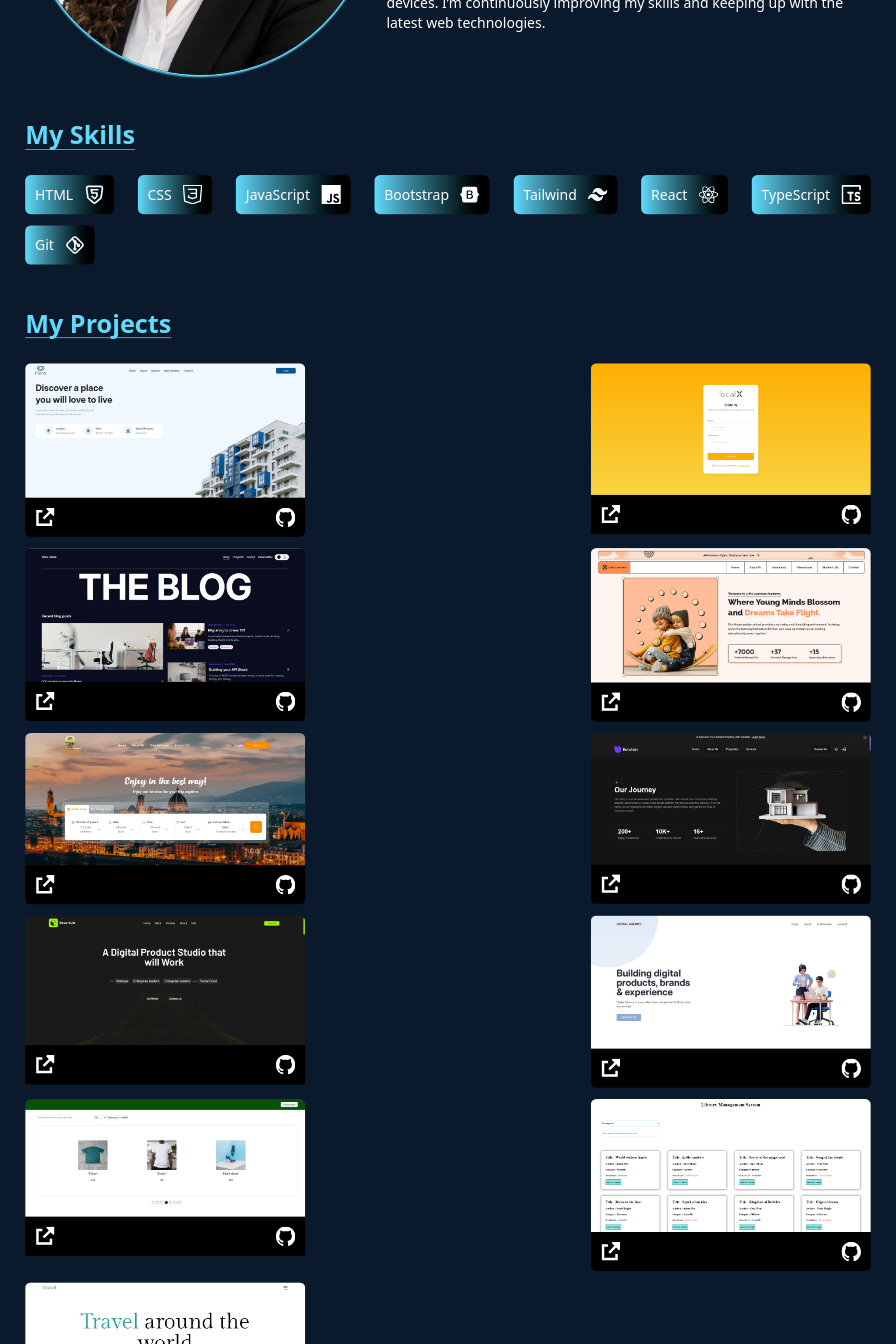
Repository: RawanBarakat-hub/portfolio
Page: /
An editor plug-in stored every save of this project. The page is shown before and after a run of saves, followed by the edit.
The browser window is 1280 px wide. The pictures show the part of the page from y = 1220 to 3140 px (the page is 3771 px tall before and 5352 px after), at 70% of full size.
The project was rebuilt for these pictures with package versions that can differ from the ones it lists, and the page was loaded fresh each time. Also part of the build but not shown: vite.config.ts.

Above is the page before, as saved 2026-02-22 22:43:52.

### index.html
<!doctype html>
<html lang="en">
  <head>
    <meta charset="UTF-8" />
    <link rel="icon" type="image/svg+xml" href="/assets/images/photos/logo.png" />
    <meta name="viewport" content="width=device-width, initial-scale=1.0" />
    <title>Rawan's portfolio</title>
  </head>
  <body>
    <div id="root"></div>
    <script type="module" src="/src/main.tsx"></script>
  </body>
</html>

### src/index.css
@import "tailwindcss";
@theme{
    --color-primary-color: #61DAFB;
    --color-background-color: #0b192c;
    --color-hover-color: #1eb9e4;
}

### src/App.tsx
import Footer from "./components/Footer"
import Hero from "./components/Hero"
import Main from "./components/Main"
import NavBar from "./components/NavBar"
import { nav_links } from "./data/data"
import "./index.css"
function App() {

  return (
    <div className="bg-background-color px-9">
      <NavBar logo={{source:"/assets/images/photos/logo.png",alternative:"Logo"}}
      nav_links={nav_links}
      bar_icon={{source:"/assets/images/icons/bars.svg",alternative:"bars"}}
      cancel_icon={{source:"/assets/images/icons/cancel.svg",alternative:"bars"}}
      />
      <Hero/>
      <Main/>
      <Footer/>
    </div>
  )
}

export default App

### src/components/Footer.tsx
import { social_media } from "../data/data"
import Container from "./Container"
import Icon from "./Icon"

const Footer = () => {
    return (
        <footer className="py-15 lg:py-8">
            <Container>
                {
                    social_media.map((item,index)=>{
                        return <Icon key={index} url={item.url} image={item.image}/>
                    })
                }
            </Container>
        </footer>
    )
}

export default Footer

### src/components/Hero.tsx
import Image from "./Image"
import LinkBtn from "./LinkBtn"
import WelcomeText from "./WelcomeText"

const Hero = () => {
    return (
        <div className="h-screen pt-35 lg:pt-25 flex flex-col lg:flex-row
        justify-center lg:justify-between items-center gap-5">
            <div className="text-center lg:text-left">
                <WelcomeText text="Hello, I’m"/>
                <h1 className="text-white text-3xl lg:text-5xl mt-3 lg:mt-4
                mb-4 lg:mb-6 font-bold">Rawan Mohammad Barakat</h1>
                <p className="text-primary-color text-2xl lg:text-4xl max-w-2xl
                mb-4 lg:mb-14">Frontend Developer crafting clean & responsive web experiences.</p>
                <div className="flex justify-center lg:justify-start gap-4">
                    <LinkBtn url="" text="View my project"/>
                    <LinkBtn url="" text="Contact me"/>
                </div>
            </div>
            <Image source="/assets/images/photos/rawan.png" alternative="rawan"/>
        </div>
    )
}

export default Hero

### src/components/Main.tsx
import SectionAbout from "./SectionAbout"
import SectionProjects from "./SectionProjects"
import SectionReume from "./SectionReume"
import SectionSkills from "./SectionSkills"

const Main = () => {
    return (
        <main>
            <SectionAbout/>
            <SectionSkills/>
            <SectionProjects/>
            <SectionReume/>
        </main>
    )
}

export default Main

### src/components/NavBar.tsx
import { NavLink } from "react-router-dom"
import type { NavProps } from "../interfaces"
import { useState } from "react"

const NavBar = ({logo,nav_links,bar_icon,cancel_icon}:NavProps) => {
    const [show,setShow]=useState<boolean>(true)
    return (
        <div>
            <nav className="flex justify-between pl-5 pr-9 items-center fixed top-0 z-10
            w-full left-0 bg-background-color shadow-md shadow-primary-color">
                <div className="">
                    <img className="" src={logo.source} alt={logo.alternative} />
                </div>
                <div className="hidden lg:block">
                    <ul className="flex gap-6">
                        {nav_links?.map((link,index)=>{
                            return <li key={index}>
                                <NavLink className="text-primary-color text-[18px] font-medium"
                                to={link?.url}>{link?.text}</NavLink>
                            </li>
                        })}
                    </ul>
                </div>
                <button onClick={()=>setShow(!show)}
                className="block lg:hidden"><img src={`${show?bar_icon.source:cancel_icon.source}`}
                alt={`${show?bar_icon.alternative:cancel_icon.alternative}`} /></button>
            </nav>
            <div className={`${show ? "-left-full" :"left-1/2"} absolute top-16.5
            -translate-x-1/2 py-3.5 bg-background-color w-full transition-all`}>
                <ul className="text-center">
                        {nav_links?.map((link,index)=>{
                            return <li key={index} className="mb-4">
                                <NavLink className="text-primary-color text-[18px] font-medium"
                                to={link?.url}>{link?.text}</NavLink>
                            </li>
                        })}
                    </ul>
            </div>
        </div>
    )
}

export default NavBar

### src/data/data.ts
export const nav_links=[
    {
        url:"/",
        text:"Home"
    },
    {
        url:"/",
        text:"About"
    },
    {
        url:"/",
        text:"Skills"
    },
    {
        url:"/",
        text:"Projects"
    },
    {
        url:"/",
        text:"Resume"
    },
    {
        url:"/",
        text:"Contact"
    }
]
export const skills=[
    {
        image:{
            source:"/assets/images/icons/html.svg",
            alternative:"HTMl icon"
        },
        link:{
            url:"https://www.w3schools.com/html/default.asp",
            text:"HTML"
        }
    },
    {
        image:{
            source:"/assets/images/icons/css3.svg",
            alternative:"CSS icon"
        },
        link:{
            url:"https://www.w3schools.com/css/default.asp",
            text:"CSS"
        }
    },
    {
        image:{
            source:"/assets/images/icons/js.svg",
            alternative:"JavaScript icon"
        },
        link:{
            url:"https://www.w3schools.com/js/default.asp",
            text:"JavaScript "
        }
    },
    {
        image:{
            source:"/assets/images/icons/bootstrap.svg",
            alternative:"Bootstrap icon"
        },
        link:{
            url:"https://www.w3schools.com/bootstrap/bootstrap_ver.asp",
            text:"Bootstrap"
        }
    },
    {
        image:{
            source:"/assets/images/icons/tailwind.svg",
            alternative:"Taileind icon"
        },
        link:{
            url:"https://tailwindcss.com/",
            text:"Tailwind"
        }
    },
    {
        image:{
            source:"/assets/images/icons/react.svg",
            alternative:"React icon"
        },
        link:{
            url:"https://www.w3schools.com/react/default.asp",
            text:"React"
        }
    },
    {
        image:{
            source:"/assets/images/icons/ts.svg",
            alternative:"TypeScript icon"
        },
        link:{
            url:"https://www.w3schools.com/typescript/index.php",
            text:"TypeScript"
        }
    },
    {
        image:{
            source:"/assets/images/icons/git.svg",
            alternative:"Git icon"
        },
        link:{
            url:"https://www.w3schools.com/git/default.asp",
            text:"Git"
        }
    }
]
export const projects=[
    {
        image:{
            source:"public/assets/images/photos/flora.jpg",
            alternative:"Flora project"
        },
        title:"Flora",
        text:"Landing Page for a Real Estate Website",
        code_link:"https://github.com/RawanBarakat-hub/task-4-adv",
        project_Link:"https://rawanbarakat-hub.github.io/task-4-adv/"
    },
    {
        image:{
            source:"public/assets/images/photos/dash.jpg",
            alternative:"Dashboard project"
        },
        title:"E-commerce store dashboard",
        text:"Dashboard for managing E-commerce store",
        code_link:"https://github.com/RawanBarakat-hub/task-5-adv",
        project_Link:"https://task-5-adv.vercel.app/"
    },
    {
        image:{
            source:"public/assets/images/photos/blog.jpg",
            alternative:"Blogs project"
        },
        title:"The Blog",
        text:"Website for displaying blogs across different categories.",
        code_link:"https://github.com/RawanBarakat-hub/task-6-adv",
        project_Link:"https://task-6-adv-tawny.vercel.app/"
    },
    {
        image:{
            source:"public/assets/images/photos/littlelearners.jpg",
            alternative:"little learners project"
        },
        title:"Little learners",
        text:"Website for an educational institution.",
        code_link:"https://github.com/RawanBarakat-hub/task-2-adv",
        project_Link:"https://task-2-adv-pi.vercel.app/"
    },
    {
        image:{
            source:"public/assets/images/photos/next.jpg",
            alternative:"next project"
        },
        title:"Travel around the world",
        text:"Website for a travel company.",
        code_link:"https://github.com/RawanBarakat-hub/task-2-adv",
        project_Link:"https://task-7-adv-lac.vercel.app"
    },
    {
        image:{
            source:"public/assets/images/photos/estatein.jpg",
            alternative:"estatein project"
        },
        title:"Estatein",
        text:"Website for a real estate company.",
        code_link:"https://github.com/RaghadDeveloper/estatein",
        project_Link:"https://estatein-umber.vercel.app/"
    },
    {
        image:{
            source:"public/assets/images/photos/agency.jpg",
            alternative:"Digital project"
        },
        title:"Square",
        text:"Website for a digital products company.",
        code_link:"https://github.com/raghadsammour/squareUp.git",
        project_Link:"https://raghadsammour.github.io/squareUp/"
    },
    {
        image:{
            source:"public/assets/images/photos/digital.jpg",
            alternative:"Agency project"
        },
        title:"Digital agency",
        text:"Website for a digital products company.",
        code_link:"https://github.com/RawanBarakat-hub/Task-5",
        project_Link:"https://rawanbarakat-hub.github.io/Task-5/"
    },
    {
        image:{
            source:"public/assets/images/photos/e-commerc.jpg",
            alternative:"E-commerce project"
        },
        title:"E-commerce store",
        text:"Admin dashboard for an e-commerce store",
        code_link:"https://github.com/RawanBarakat-hub/Task-7",
        project_Link:"https://rawanbarakat-hub.github.io/Task-7/"
    },
    {
        image:{
            source:"public/assets/images/photos/library.jpg",
            alternative:"library project"
        },
        title:"Library Management System",
        text:"Website for categorizing and organizing books.",
        code_link:"https://github.com/RawanBarakat-hub/task-1-adv",
        project_Link:"https://rawanbarakat-hub.github.io/task-1-adv/"
    },
    {
        image:{
            source:"public/assets/images/photos/travelhero.jpg",
            alternative:"travel project"
        },
        title:"Travel",
        text:"Simple landing page for a travel agency website",
        code_link:"https://github.com/RawanBarakat-hub/Travel",
        project_Link:"https://rawanbarakat-hub.github.io/Travel/"
    }
]
export const certifications=[
    "Bachelor’s Degree in Information Engineering – Software Engineering",
    "Frontend Development – Beginner Level (Focal X)",
    "Frontend Development – Advanced Level (Focal X)"
]
export const social_media=[
    {
        url:"https://www.facebook.com/rawan.barakat.395?mibextid=wwXIfr&mibextid=wwXIfr",
        image:{
            source:"public/assets/images/icons/facebook.svg",
            alternative:"facebook icon"
        }
    },
    {
        url:"https://github.com/RawanBarakat-hub",
        image:{
            source:"public/assets/images/icons/github.svg",
            alternative:"github icon"
        }
    },
    {
        url:"https://t.me/Rawan_257",
        image:{
            source:"public/assets/images/icons/telegram.svg",
            alternative:"telegram icon"
        }
    },
    {
        url:"https://www.instagram.com/rawan.barakat.395?igsh=MWt1bDBya251YWFyeA%3D%3D&utm_source=qr",
        image:{
            source:"public/assets/images/icons/instagram.svg",
            alternative:"instagram icon"
        }
    },
    {
        url:"https://wa.me/963937278362",
        image:{
            source:"public/assets/images/icons/whatsapp.svg",
            alternative:"whatsapp icon"
        }
    },
    {
        url:"mailto:barakatrawan81@gmail.com",
        image:{
            source:"public/assets/images/icons/email.svg",
            alternative:"email icon"
        }
    }
]

### src/components/Container.tsx
import type { ContainerProps } from "../interfaces"

const Container = ({children,className}:ContainerProps) => {
    return (
        <div className="flex justify-between flex-wrap gap-4">{children}</div>
    )
}

export default Container

### src/components/Icon.tsx
import type { LinkProps } from '../interfaces'

const Icon = ({url,text,image}:LinkProps) => {
    return (
        <a  target="_blank" className={`${text&&"bg-linear-to-r from-primary-color to-black font-medium text-xl text-white p-3.5 rounded-lg w-fit flex items-center gap-4 hover:scale-120 transition-all" }`} href={url}>{text&&
                <span>{text}</span>}
            <img className='w-7' src={image?.source} alt={image?.alternative} />
        </a>

    )
}

export default Icon

### src/components/Image.tsx
import type { ImageProps } from '../interfaces'

const Image = ({source,alternative}:ImageProps) => {
    return (
        <div className='w-125 h-125 rounded-full border-2 border-primary-color
            shadow-sm shadow-primary-color flex justify-center items-center overflow-hidden
            shrink-0'>
            <img src={source} alt={alternative} />
        </div>
    )
}

export default Image

### src/components/LinkBtn.tsx
import { Link } from 'react-router-dom'
import { type LinkProps } from '../interfaces'
const LinkBtn = ({url,text,image}:LinkProps) => {
    return (
            <Link className="bg-primary-color hover:bg-hover-color
            text-xl text-background-color p-3.5 rounded-lg w-fit flex items-center
            gap-4 transition-all`" to={url}>{text}
            {image && <img className='w-10' src={image?.source} alt={image?.alternative} />}</Link>
    )
}

export default LinkBtn

### src/components/WelcomeText.tsx

const WelcomeText = ({text}:{text:string}) => {
    return (
        <p className="text-primary-color text-xl lg:text-3xl
        font-medium">{text}</p>
    )
}

export default WelcomeText

### src/components/SectionAbout.tsx
import Description from "./Description"
import Image from "./Image"
import TitleSection from "./TitleSection"
import WelcomeText from "./WelcomeText"

const SectionAbout = () => {
    return (
        <section className="py-15 lg:py-8 text-center lg:text-left">
            <TitleSection title="About me"/>
            <div className="flex flex-col lg:flex-row
                justify-center lg:justify-between items-center
                gap-4">
                <Image source="/assets/images/photos/rawan.png" alternative="rawan"/>
                <div className="max-w-3xl">
                    <WelcomeText text="Hi there! i’m Rawan Barakat"/>
                    <Description text="I’m a Software Engineering and Information Systems
                        graduate from Latakia University, with a strong passion
                        for frontend development and website creation."/>
                    <Description text="I completed both my beginner
                        and advanced frontend training at Focal X ,
                        where I built responsive websites using HTML, CSS, JavaScript,
                        and React (JSX and TSX) , working on practical and academic projects."/>
                    <Description text="I focus on writing clean, well-structured
                    code and building modern,responsive websites that perform efficiently across different
                    devices. I’m continuously improving my skills and keeping up with the latest web
                    technologies."/>
                </div>
            </div>
        </section>
    )
}

export default SectionAbout

### src/components/SectionProjects.tsx
import { projects } from "../data/data"
import Card from "./Card"
import Container from "./Container"
import TitleSection from "./TitleSection"

const SectionProjects = () => {
    return (
        <section className="py-15 lg:py-8">
            <TitleSection title="My Projects"/>
            <Container>
                {
                    projects.map((project,index)=>{
                        return <Card key={index}
                        image={project.image} title={project.title}
                        text={project.text} code={project.code_link}
                        deploy={project.project_Link}/>
                    })
                }
            </Container>
        </section>
    )
}

export default SectionProjects

### src/components/SectionReume.tsx
import { certifications } from "../data/data"
import Description from "./Description"
import TitleSection from "./TitleSection"
import WelcomeText from "./WelcomeText"

const SectionReume = () => {
    return (
        <section className="py-15 lg:py-8">
            <TitleSection title="Resume"/>
            <div className="flex justify-between">
                <div>
                    <WelcomeText text="Certifications & Experience" />
                    <ul className="mt-0 list-disc text-white pl-7">
                        {
                            certifications.map((item,index)=>{
                                return <li key={index}>
                                    <Description text={item} />
                                </li>
                            })
                        }
                    </ul>
                </div>
                <div>
                    <Description
                    text="Interested in working together? Download my CV to see my full experience" />
                    <a href="/Rawan Barakat CV.pdf" download
                        className="inline-block p-3 rounded-md bg-primary-color hover:bg-hover-color
                        text-white text-[18px] font-medium mt-3 cursor-pointer"
                        >Download CV</a>
                </div>
            </div>
        </section>
    )
}

export default SectionReume

### src/components/SectionSkills.tsx
import { skills } from "../data/data"
import Container from "./Container"
import Icon from "./Icon"
import TitleSection from "./TitleSection"

const SectionSkills = () => {
    return (
        <section className="py-15 lg:py-8 ">
            <TitleSection title="My Skills"/>
            <Container>
                {
                    skills.map((skill,index)=>{
                        return <Icon key={index} url={skill.link.url}
                        text={skill.link.text} image={skill.image}/>
                    })
            }
            </Container>
        </section>
    )
}

export default SectionSkills

### src/components/Description.tsx

const Description = ({text}:{text:string}) => {
    return (
        <p className="text-white text-xl mt-5">{text}</p>
    )
}

export default Description

### src/components/TitleSection.tsx
import type { TitleSectionProp } from "../interfaces"

const TitleSection = ({title}:TitleSectionProp) => {
    return (
        <h2 className="text-xl lg:text-4xl text-primary-color font-semibold
        mb-4 lg:mb-9 w-fit border-b border-primary-color">{title}</h2>
    )
}

export default TitleSection

### src/components/Card.tsx
import type { CardProps } from "../interfaces"
import Icon from "./Icon"

const Card = ({image,title,text,code,deploy}:CardProps) => {
    return (
        <div className="w-100 rounded-lg overflow-hidden group">
            <div className="relative">
                <img className="w-full h-full" src={image.source} alt={image.alternative} />
                <div className="absolute -top-full group-hover:top-0 text-center
                w-full h-full bg-[#00000088] transition-all flex flex-col
                justify-center items-center">
                    <h3 className="text-white font-medium text-xl">{title}</h3>
                    <p className="text-white text-[18px]">{text}</p>
                </div>
            </div>
            <div className="flex justify-between gap-2 bg-black p-3.5">
                <Icon url={deploy} image={{source:"/assets/images/icons/arrow.svg",
                alternative:"arrow icon"}} />
                <Icon url={code} image={{source:"/assets/images/icons/github.svg",
                alternative:"github icon"}} />
            </div>
        </div>
    )
}

export default Card

Loaded but not shown: src/main.tsx (common file)

After the next 6 saves:
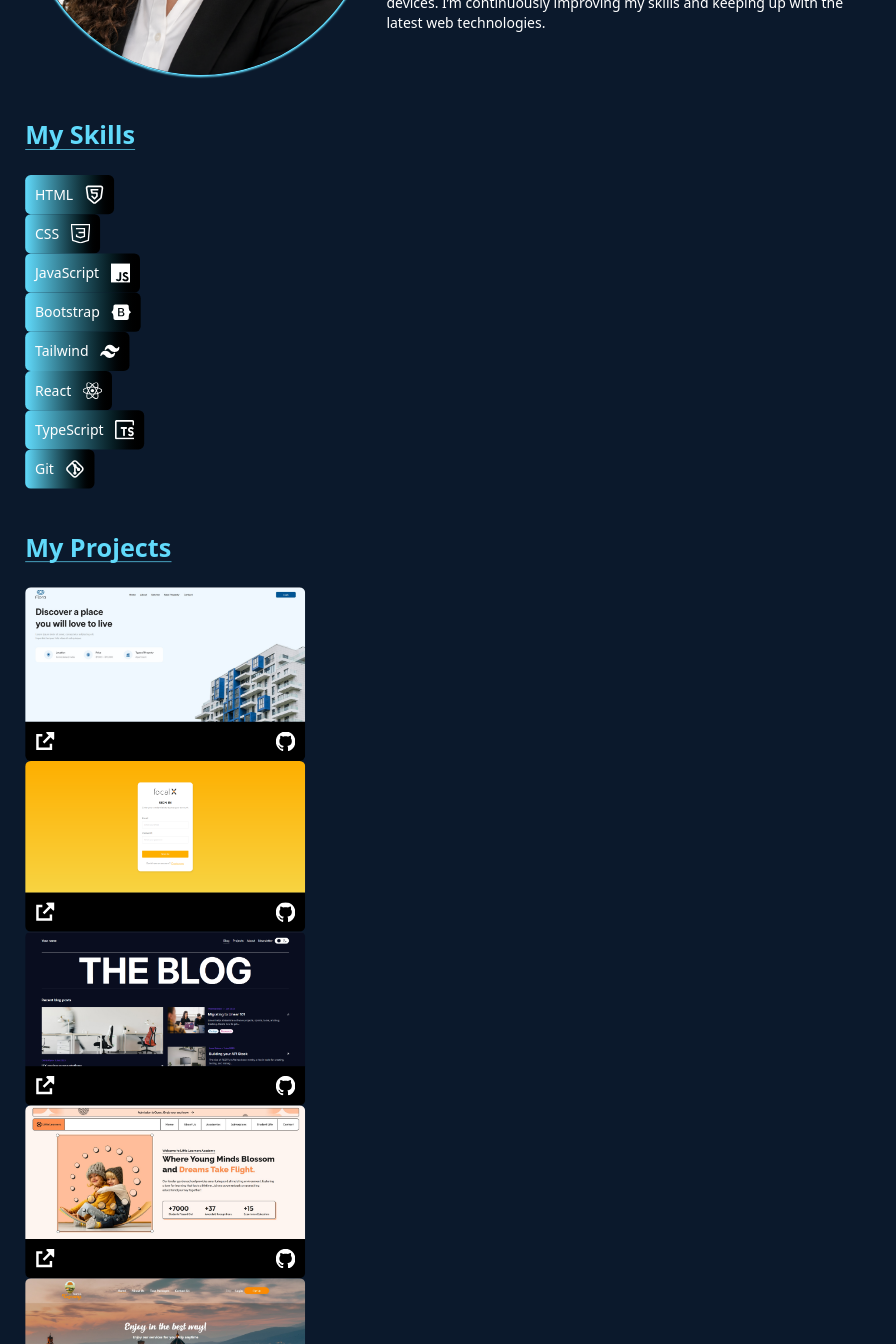
The 6 saves are shown as one change because 1 did not build or start and some came seconds apart.
The last was saved 23 s later.
--- a/src/components/Container.tsx
+++ b/src/components/Container.tsx
@@ -2,7 +2,7 @@ import type { ContainerProps } from "../interfaces"
 
 const Container = ({children,className}:ContainerProps) => {
     return (
-        <div className="flex justify-between flex-wrap gap-4">{children}</div>
+        <div className={`${className}`}>{children}</div>
     )
 }
 
